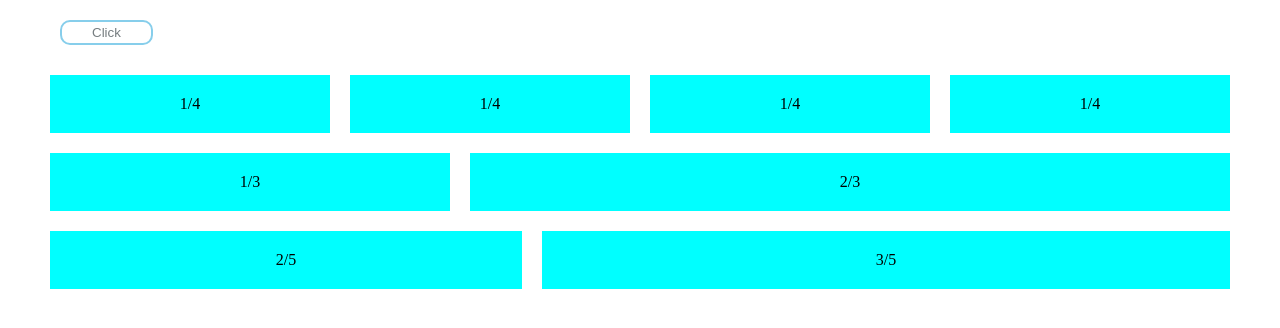
Repository: Fredy452/202306_css
Page: Opcional/Css_Library/index.html
An editor plug-in stored every save of this project. The page is shown before and after the next save, followed by the edit.
The browser window is 1280 px wide. The pictures show the whole page.

Above is the page before, as saved 2023-06-23 13:05:56.

### Opcional/Css_Library/index.html
<!DOCTYPE html>
<html lang="en">
<head>
    <meta charset="UTF-8">
    <meta name="viewport" content="width=device-width, initial-scale=1.0">
    <title>Library Css</title>
    <link rel="stylesheet" href="css/dojo.css">
</head>
<body>
    <div class="container">
        <button class="btn">Click</button>

        <div class="row">
            <div class="col">1/4</div>
            <div class="col">1/4</div>
            <div class="col">1/4</div>
            <div class="col">1/4</div>
        </div>
        <div class="row">
            <div class="col">1/3</div>
            <div class="col-2">2/3</div>
        </div>
        <div class="row">
            <div class="col-2">2/5</div>
            <div class="col-3">3/5</div>
        </div>
    </div>
</body>
</html>

### Opcional/Css_Library/css/dojo.css
/* CSS reset */
* {
    margin: 0;
    padding: 0;
    box-sizing: border-box;
}

/* Clase fixed-width container que se "autocentrará" a sí misma */
.container {
    width: 1200px;
    margin: 0 auto;
}

.btn{
    background-color:white;
    padding: 3px 30px;
    border-radius: 10px;
    border-color: aqua;
    border:none;
    border: 2px solid skyblue;
    color: rgb(118, 125, 128);
    margin: 20px;
}
.btn:hover{
    border: none;
    background-color: skyblue;
}

.row{
    display: flex;
    flex: 1;
}
.col{
    background-color: aqua;
    padding: 20px;
    margin: 10px;
    flex: 1;
    text-align: center;
}
.col-2{
    background-color: aqua;
    padding: 20px;
    margin: 10px;
    flex: 2;
    text-align: center;
}
.col-3{
    background-color: aqua;
    padding: 20px;
    margin: 10px;
    flex: 3;
    text-align: center;
}

After the next save:
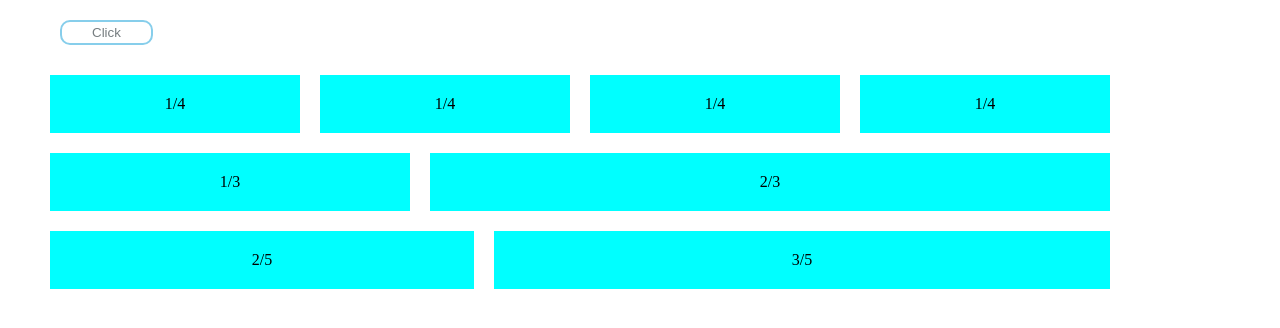
Saved 12 s later.
--- a/Opcional/Css_Library/css/dojo.css
+++ b/Opcional/Css_Library/css/dojo.css
@@ -28,7 +28,7 @@
 
 .row{
     display: flex;
-    flex: 1;
+    width: 90%;
 }
 .col{
     background-color: aqua;

After the save that followed:
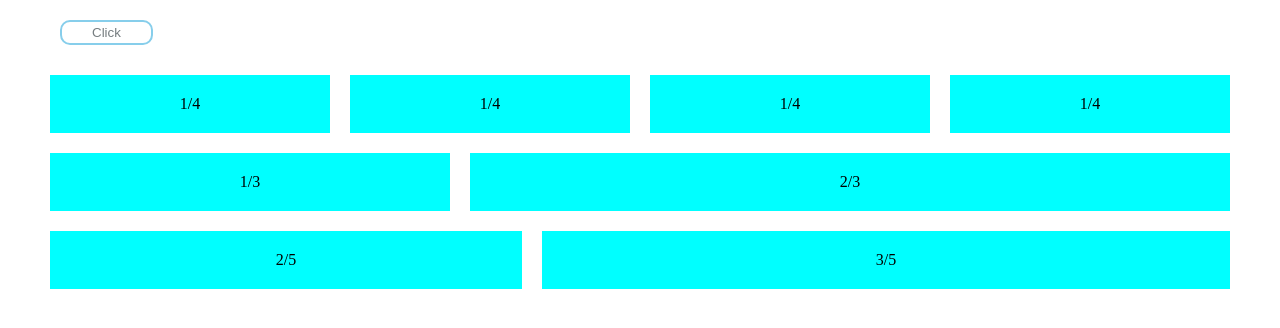
Saved 12 s later.
--- a/Opcional/Css_Library/css/dojo.css
+++ b/Opcional/Css_Library/css/dojo.css
@@ -28,7 +28,7 @@
 
 .row{
     display: flex;
-    width: 90%;
+
 }
 .col{
     background-color: aqua;
